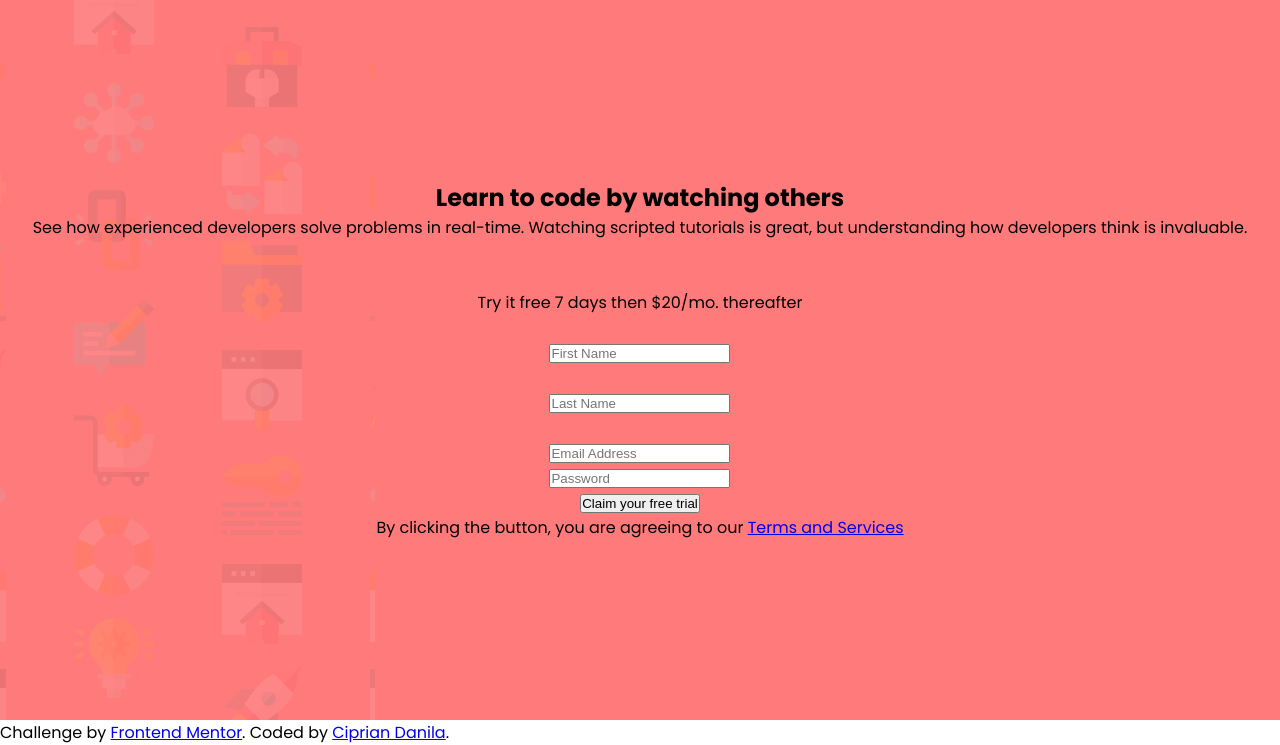
Repository: cipdanila/intro-component-with-sign-up-form
Page: index.html
These files come from the project's save history. The page is drawn as it stood at one moment and after the next save; the edit follows.
The browser window is 1280 px wide. The pictures show the whole page.

Above is the page before, as saved 2024-02-14 20:21:40.

### index.html
<!DOCTYPE html>
<html lang="en">
    <head>
        <meta charset="UTF-8" />
        <meta name="viewport" content="width=device-width, initial-scale=1.0" />
        <!-- displays site properly based on user's device -->

        <link rel="icon" type="image/png" sizes="32x32" href="./images/favicon-32x32.png" />
        <link rel="stylesheet" href="css/styles.css" />
        <title>Frontend Mentor | Intro component with sign up form</title>
    </head>
    <body>
        <main>
            <div class="container">
                <section class="intro-container">
                    <h1>Learn to code by watching others</h1>
                    <p class="intro">
                        See how experienced developers solve problems in real-time. Watching scripted tutorials is great, but
                        understanding how developers think is invaluable.
                    </p>
                </section>
                <section class="form-container">
                    <div class="top-box">
                        <p><span>Try it free 7 days</span> then $20/mo. thereafter</p>
                    </div>
                    <div class="form">
                        <form action="">
                            <div class="field-group">
                                <label for="fname"> </label><br />
                                <input type="text" name="fname" id="fname" class="input-field" placeholder="First Name" required />
                                <img src="./images/icon-error.svg" class="error-icon" alt="error-img">
                                <p class="error-message" id="fname-error">First Name cannot be empty</p>
                            </div>
                            <div class="field-group">
                                <label for="lname"> </label><br />
                                <input type="text" name="lname" id="lname" placeholder="Last Name" required />
                                <img src="./images/icon-error.svg" class="error-icon" alt="error-img">
                                <p class="error-message" id="lname-error">Last Name cannot be empty</p>
                            </div>
                            <div class="field-group">
                                <label for="email"> </label><br />
                                <input type="email" name="email" id="email" placeholder="Email Address" required />
                                <img src="./images/icon-error.svg" class="error-icon" alt="error-img">
                                <p class="error-message" id="email-error">Looks like this is not an email</p>
                            </div>
                            <div class="field-group">
                                <label for="password"></label>
                                <input type="password" name="password" id="password" placeholder="Password" required />
                                <p class="error-message" id="password-error">Password cannot be empty</p>
                            </div>
                            <button type="submit" id="login-button">Claim your free trial</button>
                            <p class="form-footer">By clicking the button, you are agreeing to our <a class="terms" href="#">Terms and Services</a></p>
                        </form>
                    </div>
                </section>
            </div>
        </main>

        <footer>
            <div class="attribution">
                Challenge by
                <a
                    href="https://www.frontendmentor.io/challenges/intro-component-with-signup-form-5cf91bd49edda32581d28fd1/hub"
                    target="_blank"
                    rel="noopener noreferer"
                    >Frontend Mentor</a
                >. Coded by <a href="https://github.com/cipdanila" target="_blank" rel="noopener noreferer">Ciprian Danila</a>.
            </div>
        </footer>
    </body>
</html>

### css/styles.css
@import url("https://fonts.googleapis.com/css2?family=Poppins:wght@400;500;600;700&display=swap");

:root {
    /* Colors */
    /* Primary */
    --red: hsl(0, 100%, 74%);
    --green: hsl(154, 59%, 51%);
    /* Accent */
    --blue: hsl(248, 32%, 49%);
    /* Neutral */
    --dark-blue: hsl(249, 10%, 26%);
    --grayish-blue: hsl(246, 25%, 77%);
    --white: #fff;
    /* Other variables */
    --font-size-base: 1rem; /* 16px */
    --font-weight-base: 400;
}

*,
*::after,
*::before {
    margin: 0;
    padding: 0;
    box-sizing: border-box;
}

body,
html {
    font-family: "Poppins", sans-serif;
    font-size: var(--font-size-base);
    font-weight: var(--font-weight-base);
}

.error-message, .error-icon {
    display: none;
    color: var(--red);
    font-size: 12px;
    margin-top: 5px;
}

main {
    min-height: 100vh;
    width: 100%;
    display: flex;
    align-items: center;
    justify-content: center;
    background: var(--red) url(/images/bg-intro-mobile.png) no-repeat;
    padding: 100px 0;
}

.container {
    display: flex;
    align-items: center;
    justify-content: center;
    flex-direction: column;
    text-align: center;
    padding: 0 30px;
    max-width: 1300px;
    margin: 0 auto;
}

.intro-container {
    flex: 1;
    margin-bottom: 50px;
}

.form-container {
    flex: 1;
}

.learn-title {
    font-size: 3rem;
    font-weight: 700;
    color: #fff;
    line-height: 3.3rem;
    padding: 1rem;
    margin-bottom: 1rem;
    margin-top: 4rem;
    text-align: center;
}
/*

.intro {
    color: var(--white);
    padding: 1rem;
    font-weight: 700;
    margin-bottom: 4rem;
    text-align: center;
}

.price-title {
    font-size: 1rem;
    font-weight: 400;
    background-color: var(--blue);
    color: var(--white);
    box-shadow: rgba(0, 0, 0, 0.1) 0px 0.5rem;
    display: flex;
    align-items: center;
    justify-content: center;
    padding: 0.928rem 20%;
    border-radius: 0.625rem;
    margin-bottom: 2rem;
}


.price-title > span {
    font-weight: 700;
    margin-right: 0.25rem;
}

.register-form {
    background-color: var(--white);
    padding: 1.25rem;
    border-radius: 0.5rem;
    box-shadow: rgba(0, 0, 0, 0.1) 0px 0.5rem;
    display: flex;
    flex-direction: column;
    align-items: center;
    justify-content: center;
}

.register-form div {
    display: flex;
    flex-direction: column;
    justify-content: center;
    align-items: center;
}

.register-form input {
    width: calc(100% - 1.125rem);
    padding: 1rem;
    margin-bottom: 1.200rem;
    border-radius: 0.313rem;
    border: 1px solid var(--grayish-blue);
    color: var(--dark-blue);
    font-size: 1rem;
    font-weight: 700;
    text-indent: 0.75rem;
}

.register-form button {
    background-color: var(--green);
    color: var(--white);
    cursor: pointer;
    padding: 1rem;
    margin-bottom: 1.200rem;
    border-radius: 0.313rem;
    border: none;
    font-size: 1rem;
    font-weight: 500;
    letter-spacing: 1px;
    text-transform: uppercase;
}

.register-form p {
    color: var(--grayish-blue);
    font-size: 0.7rem;
    font-weight: 700;
    letter-spacing: -0.016rem;
    text-align: center;
    padding: 0.5rem 2.5rem;
}

a.terms {
    color: var(--red);
    font-weight: 700;
}

footer {
    margin-top: 20px;
}

.attribution {
    font-size: 11px;
    text-align: center;
}

.attribution a {
    color: hsl(228, 45%, 44%);
}


section {
    max-width: 100%;
    width: 50%;
    display: flex;
    flex-direction: column;
    align-items: center;
    justify-content: center;
    padding: 2rem;
}


input {
    border-style: none;
    outline: none;
}

input:focus {
    border: 1px solid var(--blue);
}

.input-field {
    border: 1px solid var(--dark-blue);
}

.input-field.input-error {
    border-color: var(--red);
}

.input-field.input-error::after {
    content: "";
    position: absolute;
    top: 50%;
    right: 10px;
    transform: translateY(-50%);
    width: 10px;
    height: 10px;
    background-image: url(./images/icon-error.svg);
    background-size: contain;
    background-color: var(--red);
    border-radius: 50%;
}
.error-message.show {
    display: block;
}

button:hover {
    background-color: hsl(154, 59%, 68%);
    cursor: pointer;
} */


/* @media (max-width: 650px) {
    main {
        height: auto;
    }
    .container {
        width: 100%;
        flex-direction: column;
        padding: 1rem;
    }
    section {
        width: 100%;
        padding: 1rem;
    }

    .learn {
        font-size: 1.6rem;
        line-height: normal;
        margin: 3rem;
        padding: 1rem;
    }
} */
/*
@media screen and (max-width: 768px) {
    .container {
        flex-direction: column;
        text-align: center;
        padding: 3rem;
    }

    section {
        width: 100%;
    }

    .container-form {
        margin-bottom: 5rem;
        margin-right: 0;
    }
} */

After the next save:
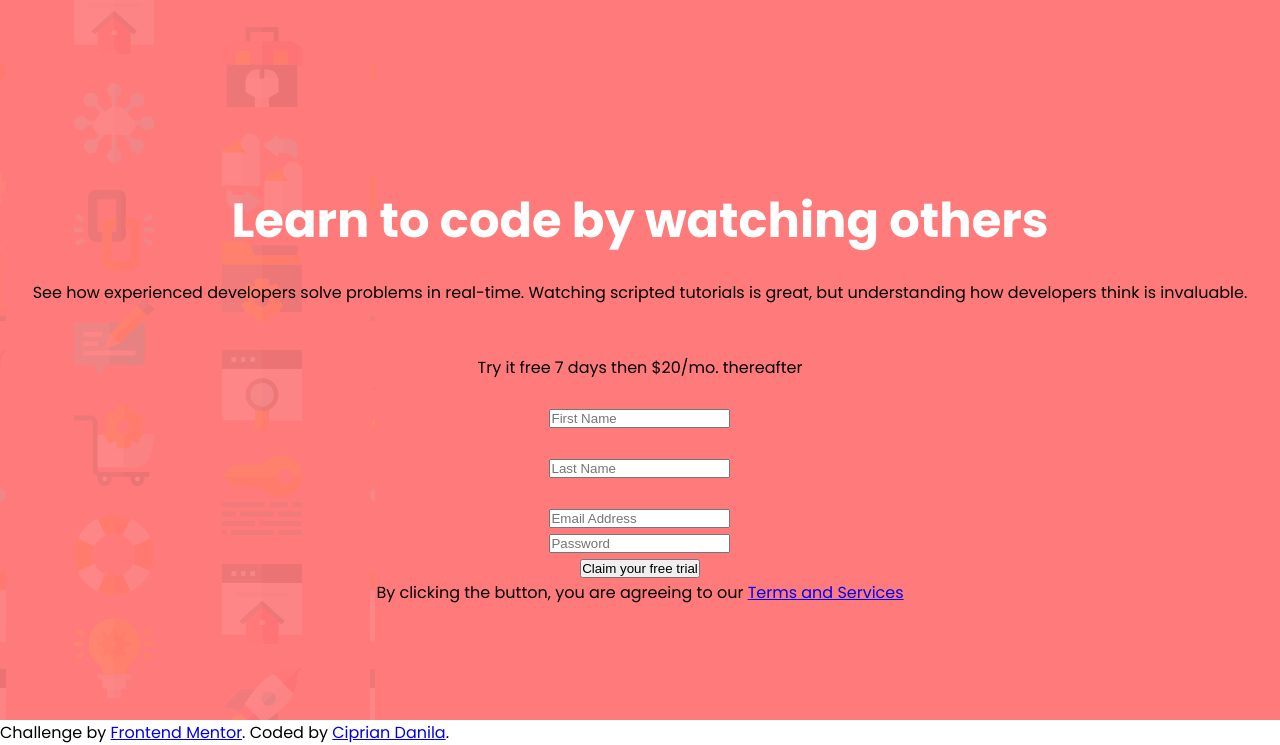
Saved 11 s later.
--- a/css/styles.css
+++ b/css/styles.css
@@ -68,7 +68,7 @@
     flex: 1;
 }
 
-.learn-title {
+.intro-container h1 {
     font-size: 3rem;
     font-weight: 700;
     color: #fff;
